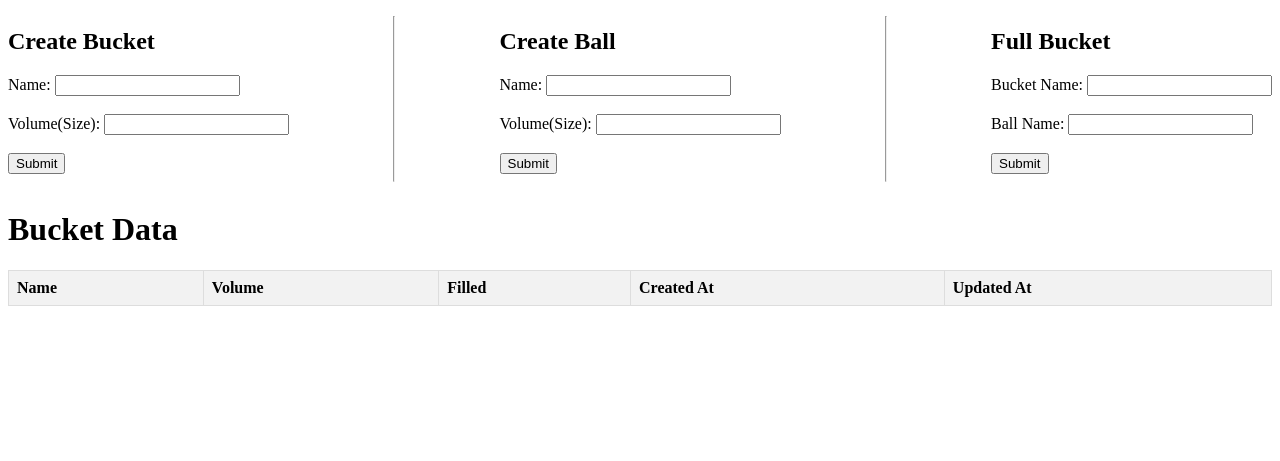
Repository: RajatPalankar8/nodejs_bucket_ball_task_new
Page: http://localhost/
The author's editor kept a copy of each file at every save. The page is drawn from the files as they stood at one save, then again after the next save.
The browser window is 1280 px wide. The pictures show the whole page.
The page is served by the project's Node server (index.js). Queries for data that is not in the repository find no rows.

Above is the page before, as saved 2023-07-17 10:33:11.

After the next save:
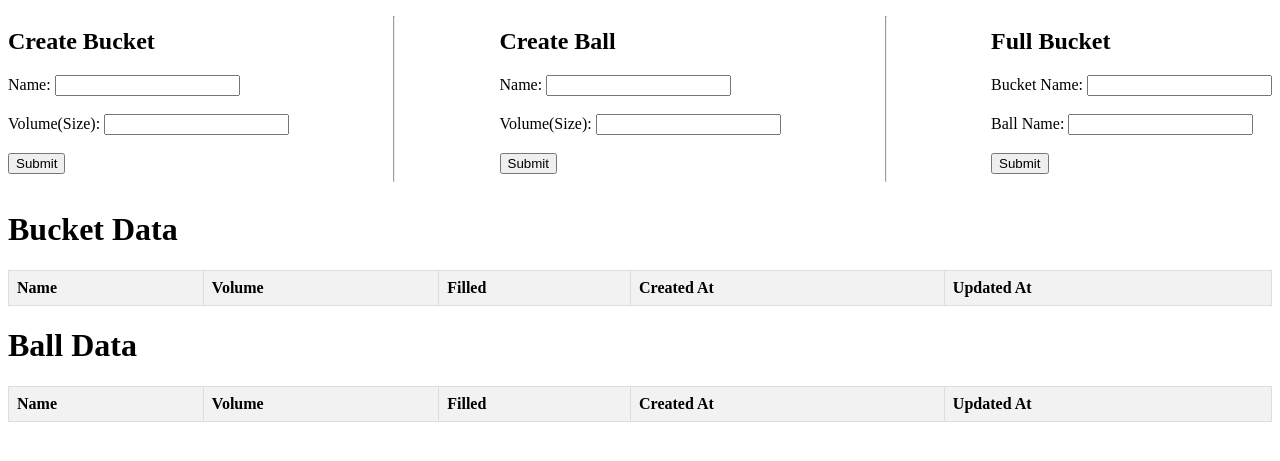
Saved 22 s later.
--- a/views/index.ejs
+++ b/views/index.ejs
@@ -79,6 +79,31 @@
       <% }); %>
     </tbody>
   </table>
+
+  <h1>Ball Data</h1>
+  <table>
+    <thead>
+      <tr>
+        <th>Name</th>
+        <th>Volume</th>
+        <th>Filled</th>
+        <th>Created At</th>
+        <th>Updated At</th>
+      </tr>
+    </thead>
+    <tbody>
+      <% buckets.forEach(bucket => { %>
+        <tr>
+          <td><%= bucket.name %></td>
+          <td><%= bucket.vol %></td>
+          <td><%= bucket.filled.join(', ') %></td>
+          <td><%= bucket.createdAt.toLocaleString() %></td>
+          <td><%= bucket.updatedAt.toLocaleString() %></td>
+        </tr>
+      <% }); %>
+    </tbody>
+  </table>
+
   <script src="https://cdn.jsdelivr.net/npm/axios/dist/axios.min.js"></script>
   <script>
     // Function to handle form submission
